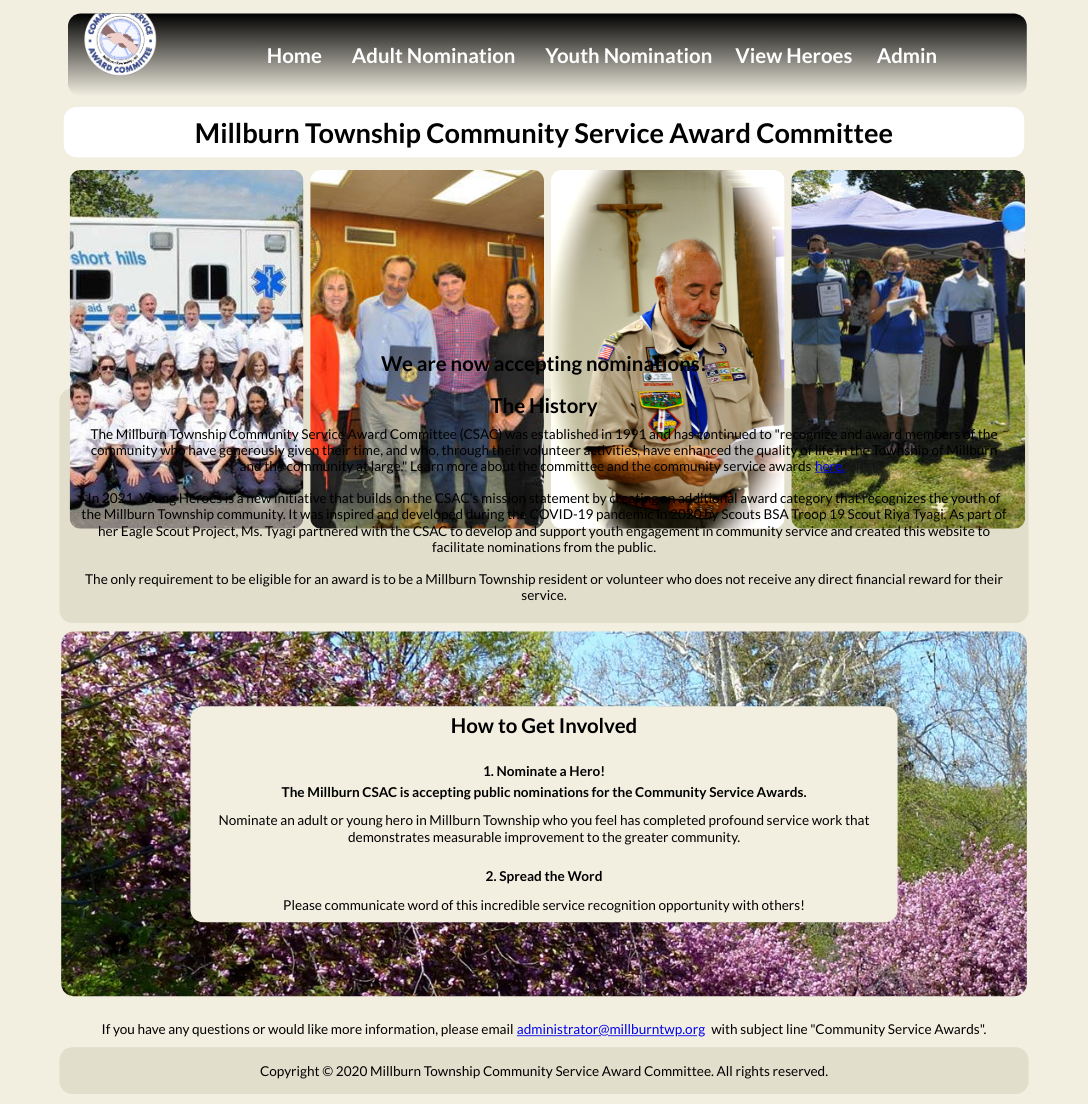
Repository: Centrattic/CSAC
Page: http://localhost/Frontend/home.php
An editor plug-in stored every save of this project. The page is shown before and after the next save, followed by the edit.
The browser window is 1280 px wide. The pictures show the whole page, at 85% of full size.
The page is run by PHP 8.4 with error messages shown; the project is at /var/www/html/.

Above is the page before, as saved 2020-12-28 13:30:47.

After the next save:
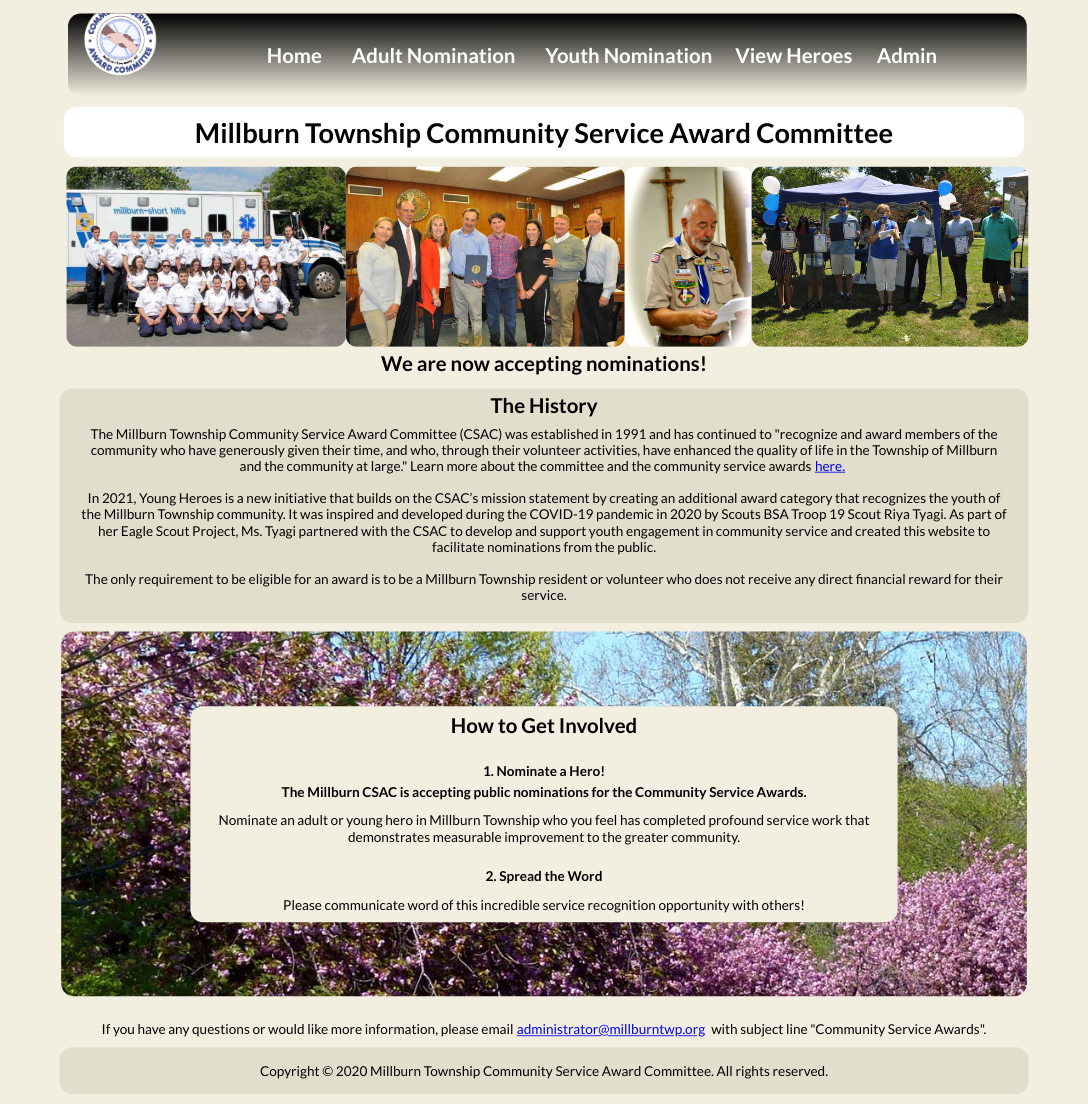
Saved 28 s later.
--- a/Frontend/home.php
+++ b/Frontend/home.php
@@ -34,18 +34,10 @@
     <h1 id = "homepagetitle"> Millburn Township Community Service Award Committee </h1>
 
     <div id = "homepicgrid">
-      <div>
-        <img src = "../Images/itsquad.jpg" alt = "Millburn IT Squad">
-      </div>
-      <div>
-        <img src = "../Images/millburncsac.jpg" alt = "Award Winners">
-      </div>
-      <div>
-        <img src = "../Images/fineran.jpg" alt = "Ken Fineran">
-      </div>
-      <div>
-        <img src = "../Images/millburnhome.jpg" alt = "Award Receiving Event">
-      </div>
+      <img src = "../Images/itsquad.jpg" alt = "Millburn IT Squad">
+      <img src = "../Images/millburncsac.jpg" alt = "Award Winners">
+      <img src = "../Images/fineran.jpg" alt = "Ken Fineran">
+      <img src = "../Images/millburnhome.jpg" alt = "Award Receiving Event">
     </div>
 
 
